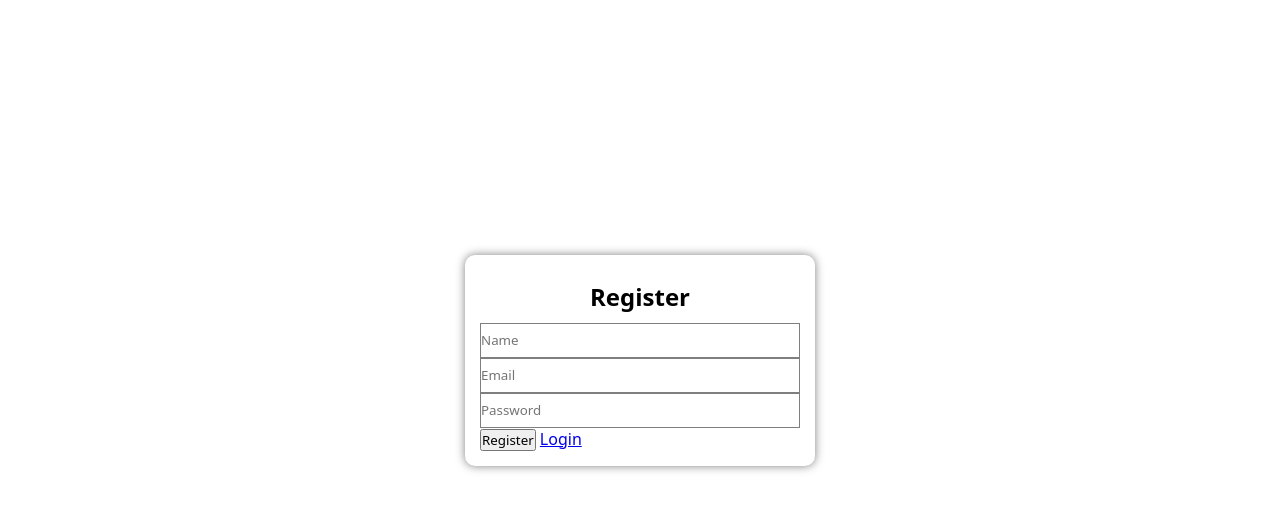
Repository: SanjaySokal/learn-java
Page: http://localhost/ServletProject/register.jsp
These files come from the project's save history. The page is drawn as it stood at one moment and after the next save; the edit follows.
The browser window is 1280 px wide. The pictures show the whole page.
The page is served by Tomcat 9.

Above is the page before, as saved 2023-09-09 03:11:36.

After the next save:
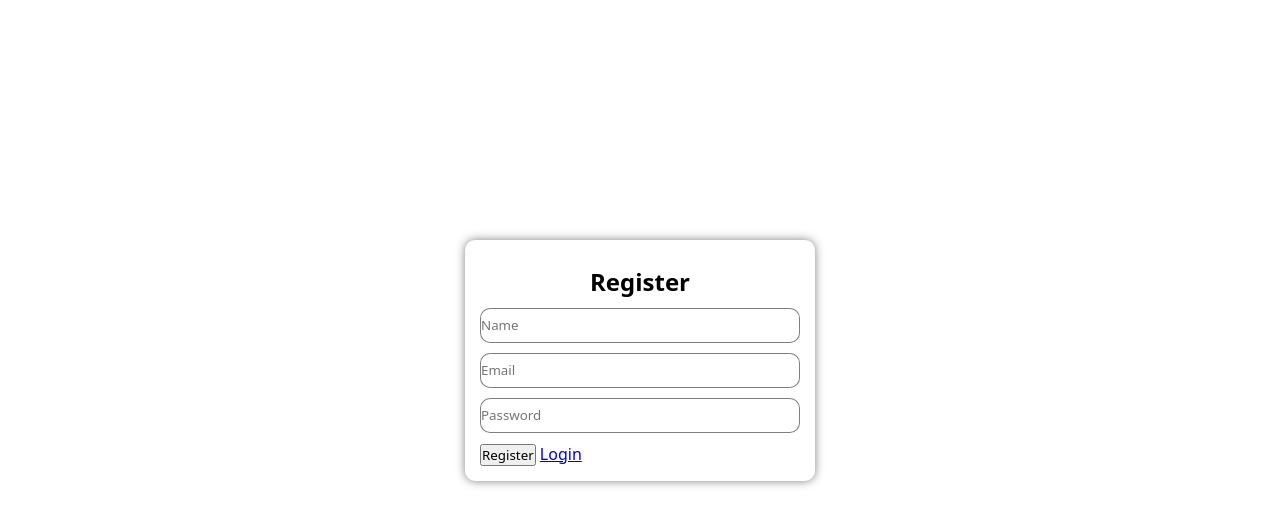
Saved 24 s later.
--- a/ServletProject/src/main/webapp/style.css
+++ b/ServletProject/src/main/webapp/style.css
@@ -29,5 +29,7 @@
 	width: 100%;
 	outline: none;
 	border: 1px solid rgba(0, 0, 0, 0.5);
+	border-radius: 10px;
 	height: 35px;
+	margin-bottom: 10px;
 }
